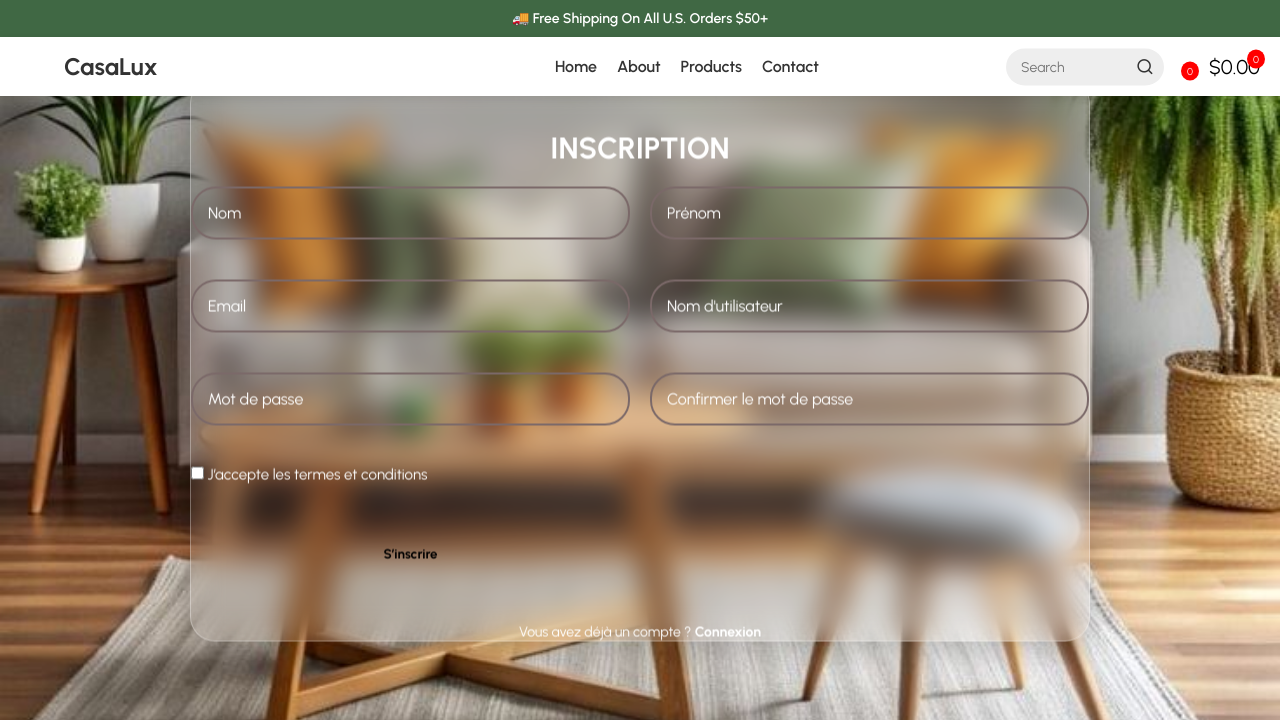
Repository: doua184/CasaLux
Page: inscription.html
An editor plug-in stored every save of this project. The page is shown before and after a run of saves, followed by the edit.
The browser window is 1280 px wide. The pictures show the whole page.
Some icons come from a web library that is not loaded, so they are not drawn. Some web libraries are served in a nearby version.

Above is the page before, as saved 2025-04-05 19:15:35.

After the next 2 saves:
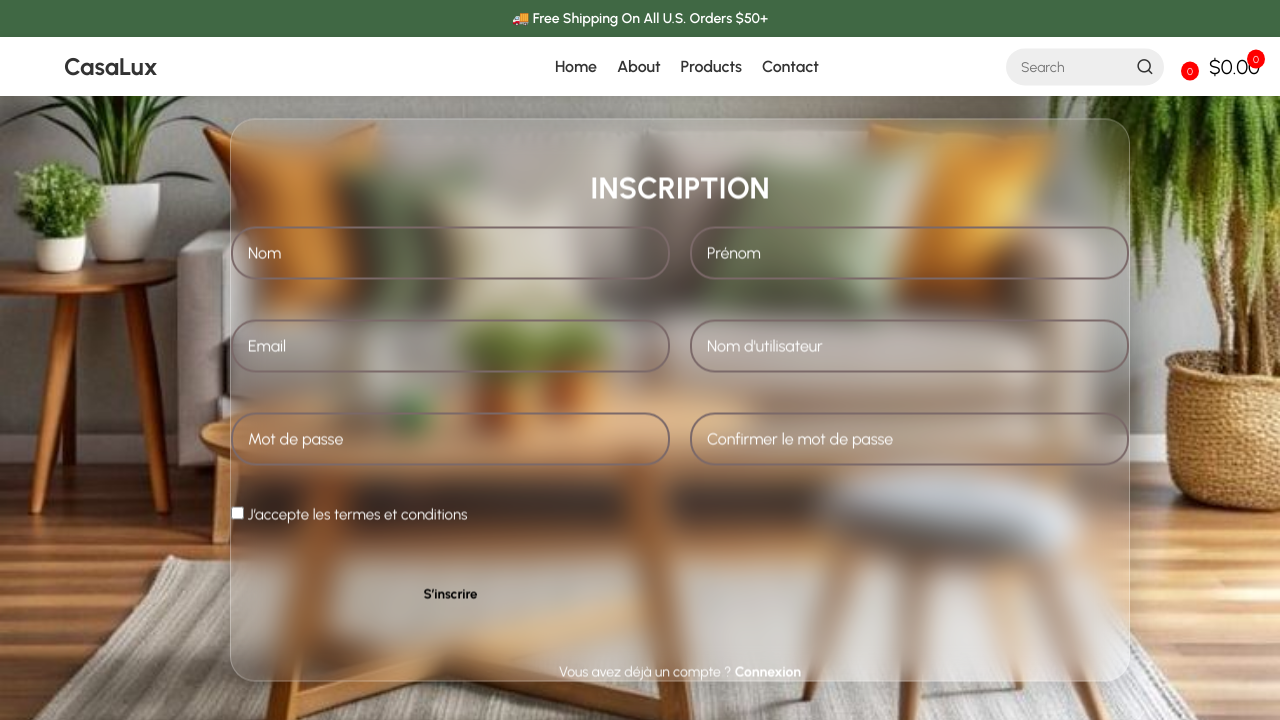
The 2 saves are shown as one change because they came seconds apart.
The last was saved 14 s later.
--- a/inscription.css
+++ b/inscription.css
@@ -128,7 +128,7 @@ section {
     transform: translate(-50%, -50%);
     box-shadow: 0 8px 32px rgba(0, 0, 0, 0.2);
     box-sizing: border-box;
-    margin: ;
+    margin: 40px;
 
 }
 
